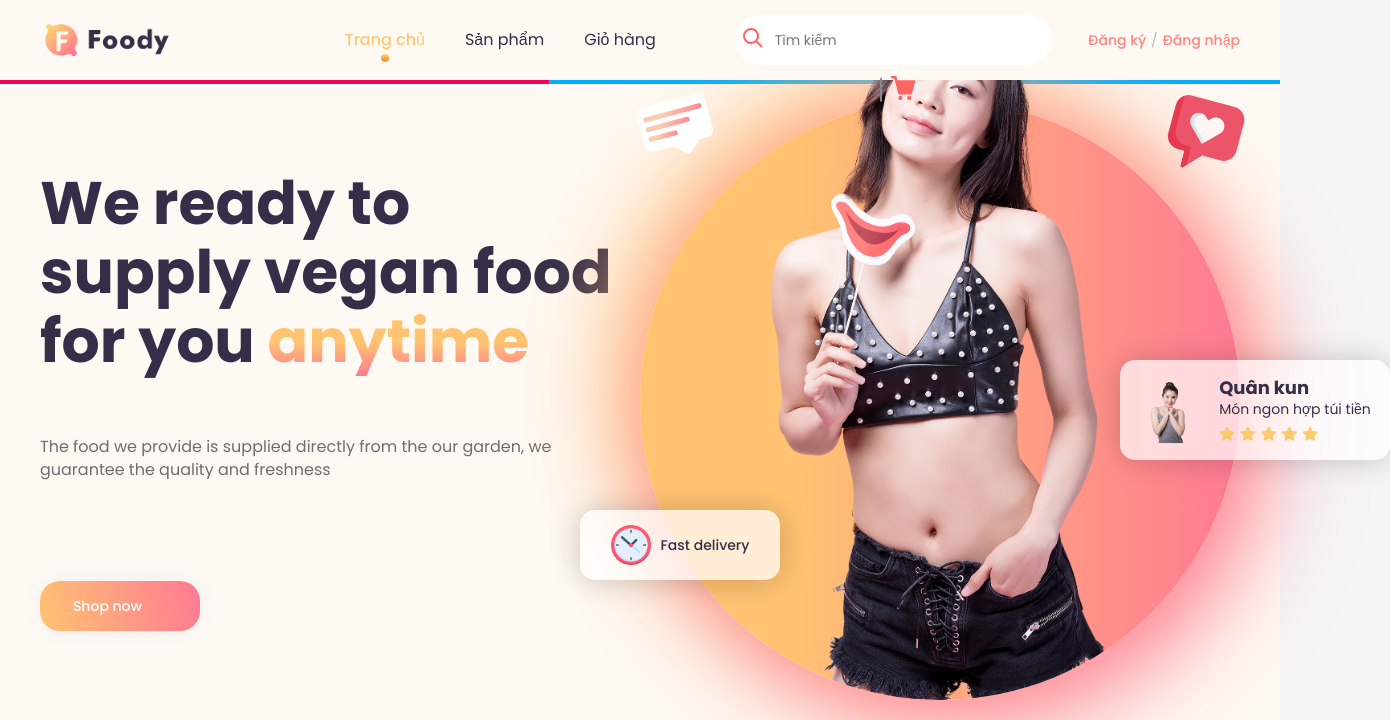
Repository: phamvuhung2710/react-ecommerce
Page: /
An editor plug-in stored every save of this project. The page is shown before and after the next save, followed by the edit.
The browser window is 1280 px wide. The page is 1390 px wide, so the pictures cover 1390 px, including what lies to the right of the window. The pictures show the whole page.
The page's requests for data from a server got no answer. Some web libraries are served in a nearby version. The project was rebuilt for these pictures with package versions that can differ from the ones it lists, and the page was loaded fresh each time. No one was signed in, and anything a server would have sent is missing. Also part of the build but not shown: src/guard/AuthenticatedGuard.jsx, src/guard/UnauthenticatedGuard.jsx, src/layouts/CartLayout/CartLayout.jsx, src/layouts/RegisterLayout/RegisterLayout.jsx.

Above is the page before, as saved 2021-09-07 19:04:21.

### public/index.html
<!DOCTYPE html>
<html lang="en">
  <head>
    <meta charset="utf-8" />
    <link rel="icon" href="%PUBLIC_URL%/logo512.png" />
    <meta name="viewport" content="width=device-width, initial-scale=1" />
    <meta name="theme-color" content="#000000" />
    <meta
      name="description"
      content="Web site created using create-react-app"
    />
    <link rel="apple-touch-icon" href="%PUBLIC_URL%/logo512.png" />
    <!--
      manifest.json provides metadata used when your web app is installed on a
      user's mobile device or desktop. See https://developers.google.com/web/fundamentals/web-app-manifest/
    -->
    <link rel="manifest" href="%PUBLIC_URL%/manifest.json" />
    <!--
      Notice the use of %PUBLIC_URL% in the tags above.
      It will be replaced with the URL of the `public` folder during the build.
      Only files inside the `public` folder can be referenced from the HTML.

      Unlike "/favicon.ico" or "favicon.ico", "%PUBLIC_URL%/favicon.ico" will
      work correctly both with client-side routing and a non-root public URL.
      Learn how to configure a non-root public URL by running `npm run build`.
    -->
    <title>Foody</title>
    <link
      rel="stylesheet"
      href="https://pro.fontawesome.com/releases/v5.10.0/css/all.css"
      integrity="sha384-AYmEC3Yw5cVb3ZcuHtOA93w35dYTsvhLPVnYs9eStHfGJvOvKxVfELGroGkvsg+p"
      crossorigin="anonymous"
    />
  </head>
  <body>
    <noscript>You need to enable JavaScript to run this app.</noscript>
    <div id="root"></div>
    <!--
      This HTML file is a template.
      If you open it directly in the browser, you will see an empty page.

      You can add webfonts, meta tags, or analytics to this file.
      The build step will place the bundled scripts into the <body> tag.

      To begin the development, run `npm start` or `yarn start`.
      To create a production bundle, use `npm run build` or `yarn build`.
    -->
  </body>
</html>

### src/assets/styles/global.scss
@font-face {
  font-family: 'Inter';
  src: url('../font/Inter-VariableFont_slnt\,wght.ttf')
      format('woff2 supports variations'),
    url('../font/Inter-VariableFont_slnt\,wght.ttf') format('woff2-variations');
  font-weight: 100 900;
}
@import url('https://fonts.googleapis.com/css2?family=Poppins:wght@100;200;300;400;500;600;700;800;900&display=swap');

$font: 'Poppins';

html {
  font-size: 62.5%;
}

body {
  font-size: 1.4rem;
  font-weight: 400;
  font-family: $font, sans-serif;
  background-color: #f5f5f5;
  color: rgba(0, 0, 0, 0.8);
}

* {
  margin: 0;
  padding: 0;
  box-sizing: border-box;
}

.container {
  width: 1200px;
  margin-left: auto;
  margin-right: auto;
}

.link {
  color: #ee4d2d;
  font-size: 1.4rem;
  cursor: pointer;
}

ul {
  list-style: none;
}

:focus-visible {
  outline: none;
}

button {
  cursor: pointer;
  &:disabled {
    cursor: default;
  }
}

a {
  text-decoration: none;
}

svg {
  width: 1em;
  height: 1em;
  fill: currentColor;
}

.menu--active {
  cursor: pointer;
  color: #fec673 !important;
  font-weight: 500 !important;
  &::before {
    content: '';
    position: absolute;
    top: 100%;
    left: 50%;
    width: 8px;
    height: 8px;
    border-radius: 50%;
    background: linear-gradient(
      to top,
      rgba(252, 149, 70, 1) 35%,
      rgba(254, 214, 119, 1) 100%
    );
    transform: translateX(-50%);
  }
}

.category--active {
  cursor: pointer;
  color: #fec673 !important;
  font-weight: 500 !important;
  &::before {
    content: '';
    position: absolute;
    top: 100%;
    left: 0%;
    width: 8px;
    height: 8px;
    border-radius: 50%;
    background: linear-gradient(
      to top,
      rgba(252, 149, 70, 1) 35%,
      rgba(254, 214, 119, 1) 100%
    );
    transform: translateX(-50%);
  }
}

// css for react-toasify
.Toastify__toast--error {
  border: 1px solid rgb(248, 96, 134);
  background: #fdf1f0 !important;
  border-radius: 5px !important;
  color: rgb(248, 96, 134) !important;
  font-family: $font, sans-serif;
  font-size: 14px;
  padding-left: 20px;
  line-height: 20px;
  padding: 0px;
  padding-top: 25px;
  width: 100%;
  font-weight: 500;
  text-align: center;
}
.Toastify__toast--error::after {
  position: absolute;
  color: #333333;
  font-size: 15px;
  font-weight: 700;
  left:265px;
  padding-top: 14px !important;
  width: fit-content;
  height: auto;
}
.Toastify__toast--error::before {
  content : url('../../assets/svg/error.svg');
  position:relative;
  z-index:100000;
  left:12px;
  width: 24px;
  height: 24px;
  margin-right: 5px;
}
.Toastify__toast--success {
  border: 1px solid rgb(44, 204, 255) !important;
  border-radius: 5px !important;
  background: #ebf5ff !important;
  color: rgb(44, 204, 255) !important;
  font-family: $font, sans-serif;
  display: flex;
  align-items: center;
}
.Toastify__toast--success::before {
  content : url('../../assets/svg/success.svg');
  position:relative;
  z-index:100000;
  left:12px;
  width: 24px;
  height: 24px;
  margin-right: 5px;
}
.Toastify__toast--success::after {
  position: absolute;
  color: #2657bb !important;
  background: #00aefd !important;
  font-size: 15px;
  font-weight: 700;
  left:265px;
  padding-top: 14px !important;
  width: fit-content;
  height: auto;
}
.Toastify__toast--warning {
  border: 1px solid rgb(255, 205, 43) !important;
  background: #fffdeb !important;
  border-radius: 5px !important;
  color: rgb(255, 205, 43) !important;
  font-family: $font, sans-serif;
  font-size: 14px;
  padding-left: 20px;
  line-height: 20px;
  width: 100%;
  font-weight: 500;
  text-align: center;
}
.Toastify__toast--warning::before {
  position:relative;
  z-index:100000;
  left:12px;
  top:6px;
}
.Toastify__toast--warning::after {
  position: absolute;
  color: #E78326;
  font-size: 15px;
  font-weight: 700;
  left:265px;
  padding-top: 14px !important;
  width: fit-content;
  height: auto;
}
.Toastify__toast-body {
  // border-radius: 5px !important;
  // background: #ebf5ff !important;
  // color: #2657bb !important;
  font-family: "Poppins", sans-serif;
  font-size: 14px;
  padding-left: 20px;
  line-height: 20px;
  padding-left: 15px;
  width: 100%;
  font-weight: 500;
  text-align: center;
  display: flex;
  align-items: center;
}
.Toastify__toast > button>  svg {
  display: none;
}

.Toastify__progress-bar--error {
  background-color: rgba(248, 96, 134,0.7) !important;
}

.Toastify__progress-bar--success {
  background-color: rgba(44, 204, 255, 0.7) !important;
}

### src/Routes.jsx
import React, { lazy, Suspense } from 'react'
import { Route, Switch } from 'react-router-dom'
import Fallback from './components/Fallback/Fallback'
import { path } from './constants/path'
import AuthenticatedGuard from './guard/AuthenticatedGuard'
import UnauthenticatedGuard from './guard/UnauthenticatedGuard'
import CartLayout from './layouts/CartLayout/CartLayout'
import MainLayout from './layouts/MainLayout/MainLayout'
import RegisterLayout from './layouts/RegisterLayout/RegisterLayout'

const Home = lazy(() => import('./pages/Home/Home'))
const Product = lazy(() => import('./pages/Product/Product'))
const ProductDetail = lazy(() => import('./pages/ProductDetail/ProductDetail'))
const User = lazy(() => import('./pages/User/User'))
const NotFound = lazy(() => import('./pages/NotFound/NotFound'))
const Cart = lazy(() => import('./pages/Cart/Cart'))
const Login = lazy(() => import('./pages/Auth/Login/Login'))
const Register = lazy(() => import('./pages/Auth/Register/Register'))

export default function Routes() {
  return (
    <Switch>
      <Route path={path.home} exact>
        <MainLayout>
          <Suspense fallback={<Fallback />}>
            <Home />
          </Suspense>
        </MainLayout>
      </Route>

      <Route path={path.product} exact>
        <MainLayout>
          <Suspense fallback={<Fallback />}>
            <Product />
          </Suspense>
        </MainLayout>
      </Route>

      <Route path={path.productDetail} exact>
        <MainLayout>
          <Suspense fallback={<Fallback />}>
            <ProductDetail />
          </Suspense>
        </MainLayout>
      </Route>

      <Route path={path.login}>
        <UnauthenticatedGuard>
          <RegisterLayout title="Đăng nhập">
            <Suspense fallback={<Fallback />}>
              <Login />
            </Suspense>
          </RegisterLayout>
        </UnauthenticatedGuard>
      </Route>

      <Route path={path.register}>
        <UnauthenticatedGuard>
          <RegisterLayout title="Đăng ký">
            <Suspense fallback={<Fallback />}>
              <Register />
            </Suspense>
          </RegisterLayout>
        </UnauthenticatedGuard>
      </Route>

      <Route path={path.user}>
        <AuthenticatedGuard>
          <MainLayout>
            <Suspense fallback={<Fallback />}>
              <User />
            </Suspense>
          </MainLayout>
        </AuthenticatedGuard>
      </Route>

      <Route path={path.cart}>
        <AuthenticatedGuard>
          <CartLayout>
            <Suspense fallback={<Fallback />}>
              <Cart />
            </Suspense>
          </CartLayout>
        </AuthenticatedGuard>
      </Route>

      <Route path={path.notFound}>
        <Suspense fallback={<Fallback />}>
          <NotFound />
        </Suspense>
      </Route>
    </Switch>
  )
}

### src/components/Authorization/Authorization.jsx
import { useEffect } from 'react'
import { useDispatch, useSelector } from 'react-redux'
import { unauthorize } from 'src/pages/Auth/auth.slice'
import { path } from 'src/constants/path'
import { useHistory } from 'react-router-dom'
import { useAuthenticated } from 'src/hooks/useAuthenticated'
import { getCartPurchases } from 'src/pages/Cart/cart.slice'

function Authorization(props) {
  const status = useSelector(state => state.app.status)
  const dispatch = useDispatch()
  const history = useHistory()
  const authenticated = useAuthenticated()

  useEffect(() => {
    if (status === 401) {
      dispatch(unauthorize)
      history.push(path.login)
    }
  }, [status, dispatch, history])

  useEffect(() => {
    if (authenticated) {
      dispatch(getCartPurchases())
    }
  }, [dispatch, authenticated])

  return null
}

export default Authorization

### src/components/Fallback/Fallback.jsx
import React from 'react'
import { LinearProgress } from '@material-ui/core'
import styled from 'styled-components'
import { useSelector } from 'react-redux'

const StyledLoading = styled(LinearProgress)`
  position: fixed !important;
  top: calc(0 + 4px);
  left: 0;
  right: 0;
  margin-top: 80px;
  background-color: #00aefd !important;
`

function Fallback(props) {
  const loading = useSelector(state => state.app.loading)

  if (loading > 0) {
    return <StyledLoading color="secondary" />
  }

  // return null
  return <StyledLoading color="secondary" />
}
export default Fallback

### src/constants/path.js
const USER = '/user'

export const path = {
  home: '/',
  cart: '/cart',
  product: '/product',
  productDetail: '/product/:productId',
  login: '/login',
  register: '/register',
  user: USER,
  profile: `${USER}/profile`,
  password: `${USER}/password`,
  purchase: `${USER}/purchase`,
  notFound: '*'
}

### src/layouts/MainLayout/MainLayout.jsx
import React from 'react'
import Header from 'src/components/Header/Header'
import PropTypes from 'prop-types'

MainLayout.propTypes = {
  children: PropTypes.oneOfType([
    PropTypes.element,
    PropTypes.arrayOf(PropTypes.element)
  ])
}

function MainLayout({ children }) {
  return (
    <div>
      <Header />
      {children}
      {/* <Footer /> */}
    </div>
  )
}

export default MainLayout

### src/pages/Home/Home.jsx
import React from 'react'
import { path } from 'src/constants/path'
import * as S from './home.style'

export default function Home() {
  return (
    <S.Background>
      <S.Container className="container">
        <S.MainLeft>
          <S.Title>
            We ready to supply vegan food for you{' '}
            <S.TitleHighLight>anytime</S.TitleHighLight>
          </S.Title>
          <S.Description>
            The food we provide is supplied directly from the our garden, we
            guarantee the quality and freshness
          </S.Description>
          <S.ShopNow to={path.product}>
            <S.NameButton>Shop now</S.NameButton>
            <S.IconButton className="fas fa-chevron-circle-right"></S.IconButton>
          </S.ShopNow>
        </S.MainLeft>
        <S.MainRight>
          <S.CircleMain>
            <S.FoodGirl src="/img/girl-foody.png" />
            <S.FlashHeart src="/img/heart.png" />
            <S.FlashComment>
              <S.FlashCommentAvatar>
                <S.FlashCommentImage src="/img/avatar.png" />
              </S.FlashCommentAvatar>
              <S.FlashCommentDetail>
                <S.FlashCommentTitle>Quân kun</S.FlashCommentTitle>
                <S.FlashCommentContent>
                  Món ngon hợp túi tiền
                </S.FlashCommentContent>
                <S.FlashCommentStar>
                  <S.FlashCommentStarIcon className="fas fa-star" />
                  <S.FlashCommentStarIcon className="fas fa-star" />
                  <S.FlashCommentStarIcon className="fas fa-star" />
                  <S.FlashCommentStarIcon className="fas fa-star" />
                  <S.FlashCommentStarIcon className="fas fa-star" />
                </S.FlashCommentStar>
              </S.FlashCommentDetail>
            </S.FlashComment>
            <S.FlashMessage>
              <S.FlashMessageLine />
              <S.FlashMessageLine />
              <S.FlashMessageLine />
            </S.FlashMessage>
            <S.FlashDelivery>
              <S.FlashDeliveryIcon src="/img/clock.png" />
              <S.FlashDeliveryText>Fast delivery</S.FlashDeliveryText>
            </S.FlashDelivery>
          </S.CircleMain>
        </S.MainRight>
      </S.Container>
    </S.Background>
  )
}

### src/hooks/useAuthenticated.js
import { useSelector } from 'react-redux'

export function useAuthenticated() {
  return useSelector(state => Boolean(state.auth.profile._id))
}

### src/api/auth.api.js
import axiosClient from './axiosClient'

const authApi = {
  register(data) {
    const url = '/register'
    return axiosClient.post(url, data)
  },
  login(data) {
    const url = '/login'
    return axiosClient.post(url, data)
  },
  logout() {
    const url = '/logout'
    return axiosClient.post(url)
  }
}

export default authApi

### src/api/user.api.js
import axiosClient from './axiosClient'

const userApi = {
  updateMe(data) {
    const url = '/user'
    return axiosClient.put(url, data)
  }
}

export default userApi

### src/components/Header/Header.jsx
import React, { useEffect, useState } from 'react'
import * as S from './header.style'
import usePopover from 'src/hooks/usePopover'
import Popover from '../Popover/Popover'
import { path } from 'src/constants/path'
import { logout } from 'src/pages/Auth/auth.slice'
import { useDispatch, useSelector } from 'react-redux'
import { useAuthenticated } from 'src/hooks/useAuthenticated'
import { useHistory } from 'react-router-dom'
import useQuery from 'src/hooks/useQuery'
import { formatMoney } from 'src/utils/helper'
import { useRouteMatch } from 'react-router-dom'
import { unwrapResult } from '@reduxjs/toolkit'

Header.propTypes = {}

function Header() {
  const match = useRouteMatch()
  const authenticated = useAuthenticated()
  const profile = useSelector(state => state.auth.profile)
  const { activePopover, showPopover, hidePopover } = usePopover()
  const [isUserPopover, setIsUserPopover] = useState(false)
  const dispatch = useDispatch()
  const [searchValue, setSearchValue] = useState('')
  const history = useHistory()
  const query = useQuery()
  const purchases = useSelector(state => state.cart.purchases)

  useEffect(() => {
    const { name = '' } = query
    setSearchValue(name)
  }, [query])

  const onChangeSearch = event => {
    setSearchValue(event.target.value)
  }

  const handleLogout = () => {
    dispatch(logout())
  }

  const handleShowPopoverCart = () => {
    setIsUserPopover(false)
    showPopover()
  }

  const handleShowPopoverUser = () => {
    setIsUserPopover(true)
    showPopover()
  }

  const search = event => {
    event.preventDefault()
    history.push(path.product + `?name=${searchValue}`)
  }

  return (
    <S.StyledHeader>
      <div className="container">
        {/* <Navbar /> */}
        <S.HeaderWrap>
          <S.Logo to="/">
            <S.ImageLogo src="/img/logo-foody.png" />
          </S.Logo>
          <S.Menu>
            <S.MenuItem
              activeClassName={match.url === path.home ? 'menu--active' : ''}
              to={path.home}
            >
              Trang chủ
            </S.MenuItem>
            <S.MenuItem
              activeClassName={match.url === path.product ? 'menu--active' : ''}
              to={path.product}
            >
              Sản phẩm
            </S.MenuItem>
            <S.MenuItem
              activeClassName={match.url === path.cart ? 'menu--active' : ''}
              to={path.cart}
            >
              Giỏ hàng
            </S.MenuItem>
            {/* <S.MenuItem to={path.user}>Tài khoản</S.MenuItem> */}
          </S.Menu>
          <S.StyledForm onSubmit={search}>
            <S.IConSearch>
              <svg
                width={24}
                height={24}
                viewBox="0 0 24 24"
                xmlns="http://www.w3.org/2000/svg"
                version="1.1"
                xmlnsXlink="http://www.w3.org/1999/xlink"
                className="d7e-0f24ac d7e-72271e"
              >
                <path
                  d="M10 2a8 8 0 016.32 12.905l5.387 5.388-1.414 1.414-5.388-5.386A8 8 0 1110 2zm0 2a6 6 0 100 12 6 6 0 000-12z"
                  fill="#fe6663"
                  fillRule="nonzero"
                />
              </svg>
            </S.IConSearch>
            <S.StyledInput
              placeholder="Tìm kiếm"
              onChange={onChangeSearch}
              value={searchValue}
            />
            <S.Cart
              onMouseEnter={handleShowPopoverCart}
              onMouseLeave={hidePopover}
            >
              <S.CartContainer>
                <S.CartIcon to="/cart">
                  <svg
                    viewBox="0 0 26.6 25.6"
                    className="shopee-svg-icon navbar__link-icon icon-shopping-cart-2"
                  >
                    <polyline
                      fill="#fe6663"
                      points="2 1.7 5.5 1.7 9.6 18.3 21.2 18.3 24.6 6.1 7 6.1"
                      strokeLinecap="round"
                      strokeLinejoin="round"
                      strokeMiterlimit={10}
                      strokeWidth="2.5"
                    />
                    <circle cx="10.7" cy={23} r="2.2" stroke="none" />
                    <circle cx="19.7" cy={23} r="2.2" stroke="none" />
                  </svg>
                  {/* <img src="/img/shopping-cart.png" alt="#" /> */}
                </S.CartIcon>
                <Popover active={!isUserPopover && activePopover}>
                  <S.PopoverContent>
                    <S.PopoverTitle>Sản phẩm mới thêm</S.PopoverTitle>
                    {purchases &&
                      purchases.length > 0 &&
                      purchases.slice(0, 5).map(purchase => (
                        <S.MiniProductCart key={purchase._id}>
                          <S.MiniProductCartImg src={purchase.product.image} />
                          <S.MiniProductCartTitle>
                            {purchase.product.name}
                          </S.MiniProductCartTitle>
                          <S.MiniProductCartPrice>
                            đ{formatMoney(purchase.product.price)}
                          </S.MiniProductCartPrice>
                        </S.MiniProductCart>
                      ))}

                    <S.PopoverFooter>
                      <S.MoreProduct>
                        {purchases && purchases.length > 5 && (
                          <span>{purchases.length - 5} sản phẩm vào giỏ</span>
                        )}
                      </S.MoreProduct>
                      <S.ButtonShowCart to={path.cart}>
                        Xem giỏ hàng
                      </S.ButtonShowCart>
                    </S.PopoverFooter>
                  </S.PopoverContent>
                </Popover>
              </S.CartContainer>
            </S.Cart>
            {purchases && purchases.length > 0 && (
              <S.CartNumberBadge>{purchases.length}</S.CartNumberBadge>
            )}
          </S.StyledForm>
          <S.UserAccount>
            {authenticated && (
              <span>
                <S.User
                  onMouseEnter={handleShowPopoverUser}
                  onMouseLeave={hidePopover}
                >
                  <S.UserImage src="/img/anh-4.jpg" />
                  <S.Username>{profile.name || profile.email}</S.Username>
                  <Popover active={isUserPopover && activePopover}>
                    <S.UserLink to={path.user}>Tài khoản của tôi</S.UserLink>
                    <S.UserLink to={path.purchase}>Đơn mua</S.UserLink>
                    <S.UserButton onClick={handleLogout}>
                      Đăng xuất
                    </S.UserButton>
                  </Popover>
                </S.User>
              </span>
            )}
            {!authenticated && (
              <S.RegisterOrLogin>
                <span>
                  <S.NavLink to={path.register}>Đăng ký</S.NavLink>
                </span>
                <S.Separate> / </S.Separate>
                <span>
                  <S.NavLink to={path.login}>Đăng nhập</S.NavLink>
                </span>
              </S.RegisterOrLogin>
            )}
          </S.UserAccount>
        </S.HeaderWrap>
      </div>
    </S.StyledHeader>
  )
}

export default Header

### src/hooks/useQuery.js
import { useMemo } from 'react'
import { useLocation } from 'react-router-dom'
import qs from 'query-string'

export default function useQuery() {
  const location = useLocation()
  const queryString = useMemo(
    () => qs.parse(location.search),
    [location.search]
  )

  return queryString
}

### src/constants/status.js
export const purchaseStatus = {
  inCart: -1,
  all: 0,
  waitForConfirmation: 1,
  waitForGetting: 2,
  inProgress: 3,
  delivered: 4,
  cancelled: 5
}

### src/hooks/usePopover.js
import { useState } from 'react'

export default function usePopover() {
  const [activePopover, setActivePopover] = useState(false)
  const showPopover = () => setActivePopover(true)
  const hidePopover = () => setActivePopover(false)
  return {
    activePopover,
    showPopover,
    hidePopover
  }
}

### src/components/Popover/Popover.jsx
 import React from 'react'
import PropTypes from 'prop-types'
import * as S from './popover.style'

Popover.propTypes = {
  active: PropTypes.bool,
  children: PropTypes.oneOfType([
    PropTypes.element,
    PropTypes.arrayOf(PropTypes.element)
  ])
}

function Popover({ active, children }) {
  return (
    <>
      {active && (
        <S.Drawer>
          {/* <S.PopoverArrow /> */}
          <S.PopoverContent>{children}</S.PopoverContent>
        </S.Drawer>
      )}
    </>
  )
}

export default Popover

Loaded but not shown: src/index.css (common file); src/reportWebVitals.js (common file); src/components/Header/header.style.js (345 lines, source omitted); src/pages/Home/home.style.js (248 lines, source omitted); src/assets/styles/utils.js (86 lines, source omitted); src/pages/Auth/auth.slice.js (61 lines, source omitted); src/utils/helper.js (37 lines, source omitted); src/api/axiosClient.js (46 lines, source omitted); src/pages/Cart/cart.slice.js (42 lines, source omitted); src/components/Popover/popover.style.js (51 lines, source omitted); src/api/purchase.api.js (37 lines, source omitted); src/index.js (24 lines, source omitted); src/app.slice.js (30 lines, source omitted); src/App.js (21 lines, source omitted); src/store.js (18 lines, source omitted)

After the next save:
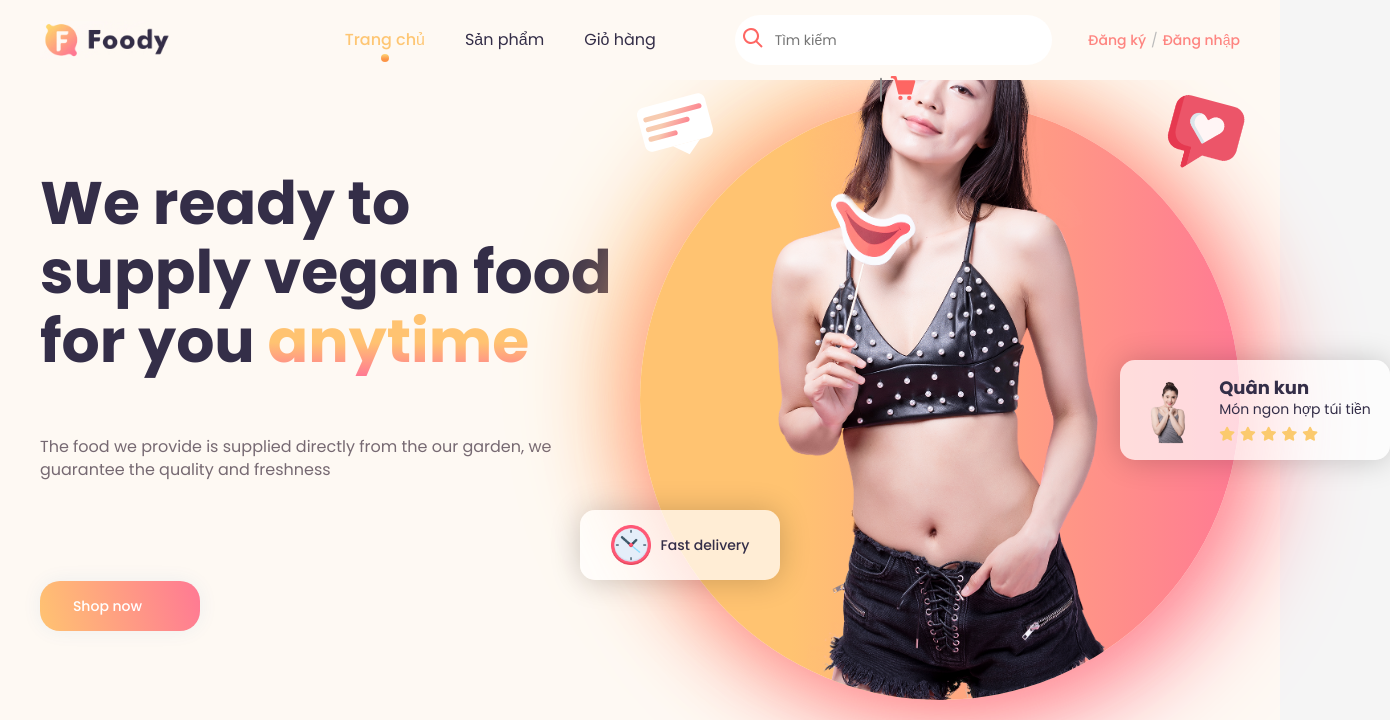
Saved 4 s later.
--- a/src/components/Fallback/Fallback.jsx
+++ b/src/components/Fallback/Fallback.jsx
@@ -8,7 +8,7 @@ const StyledLoading = styled(LinearProgress)`
   top: calc(0 + 4px);
   left: 0;
   right: 0;
-  margin-top: 80px;
+  /* margin-top: 80px; */
   background-color: #00aefd !important;
 `
 
